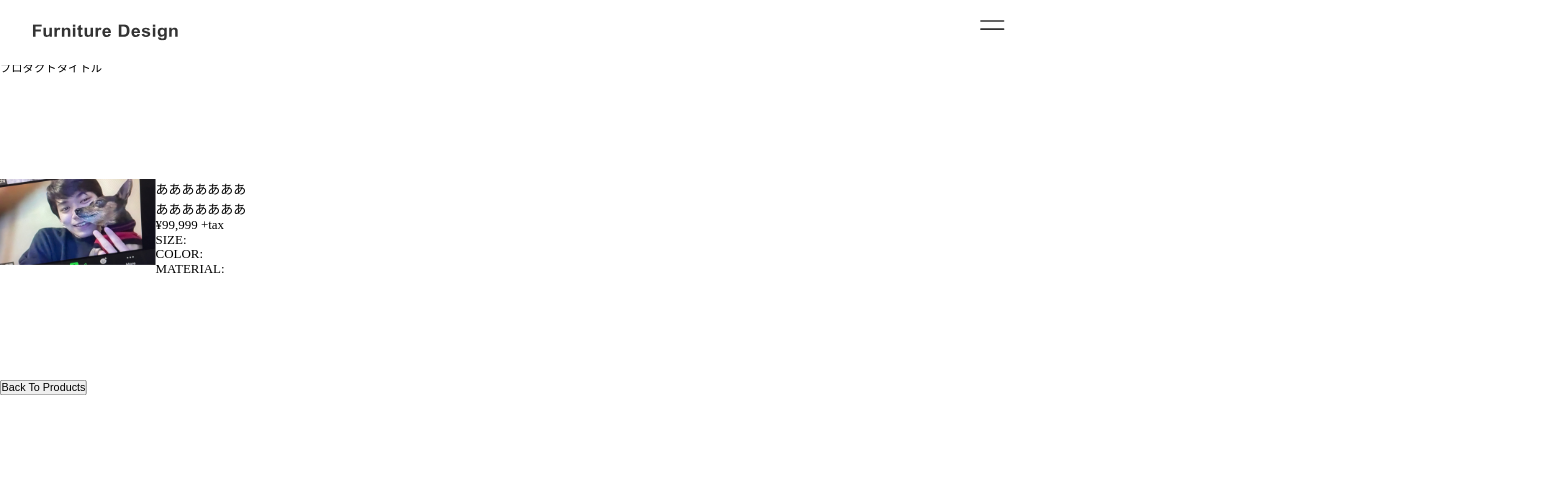
Repository: kohei23n/tenfeet
Page: menbers2/index.html
The author's editor kept a copy of each file at every save. The page is drawn from the files as they stood at one save, then again after the next save.
The browser window is 1280 px wide. The page is 1920 px wide, so the pictures cover 1920 px, including what lies to the right of the window. The pictures show the whole page, at 81% of full size.

Above is the page before, as saved 2022-02-08 21:48:36.

### menbers2/index.html
<!DOCTYPE html>
<html lang="en">

<head>
    <meta charset="UTF-8" />
    <meta http-equiv="X-UA-Compatible" content="IE=edge" />
    <meta name="viewport" content="width=device-width, initial-scale=1.0" />
    <link rel="stylesheet" href="../reset.css">
    <link rel="stylesheet" href="menbers2.css" />
    <title>Document</title>
</head>

<body>
    <header id="header" class="wrapper open">
        <h1 class="title">
            <a href="index.html">
                <img src="..\img\logo.svg" alt="Furniture Design" />
            </a>
        </h1>
        <nav id="nav">
            <ul class="nav_menu" style="display: none">
                <li><a href="">PRODUCTS</a></li>
                <li><a href="">ABOUT</a></li>
                <li><a href="">COMPANY</a></li>
                <li><a href="">CONTACT</a></li>
            </ul>
        </nav>
        <div class="button">
            <span></span>
            <span></span>
        </div>
    </header>




    <div id="content2"></div>
    <script src="menbers2.js"></script>
</body>

</html>

### reset.css
html, body, div, span, applet, object, iframe,
h1, h2, h3, h4, h5, h6, p, blockquote, pre,
a, abbr, acronym, address, big, cite, code,
del, dfn, em, img, ins, kbd, q, s, samp,
small, strike, strong, sub, sup, tt, var,
b, u, i, center,
dl, dt, dd, ol, ul, li,
fieldset, form, label, legend,
table, caption, tbody, tfoot, thead, tr, th, td,
article, aside, canvas, details, embed,
figure, figcaption, footer, header, hgroup,
menu, nav, output, ruby, section, summary,
time, mark, audio, video {
    margin: 0;
    padding: 0;
    border: 0;
    font-size: 100%;
    font: inherit;
    vertical-align: baseline;
}
/* HTML5 display-role reset for older browsers */
article, aside, details, figcaption, figure,
footer, header, hgroup, menu, nav, section {
    display: block;
}
body {
    /* line-height: 1; */
}
ol, ul {
    list-style: none;
}
blockquote, q {
    quotes: none;
}
blockquote:before, blockquote:after,
q:before, q:after {
    content: '';
    content: none;
}
table {
    border-collapse: collapse;
    border-spacing: 0;
}

### menbers2/menbers2.css
* {
  margin: 0;
  padding: 0;
}

body{
    padding: 5% 0;
}

#header {
  width: 100%;
  height: 80px;
  background-color: #fff;
  display: flex;
  align-items: center;
  justify-content: space-between;
  position: fixed;
  left: 0;
  right: 0;
  top: 0;
  z-index: 10;
}

.wrapper {
  max-width: 1360px;
  padding: 0 40px;
  box-sizing: border-box;
}

h1 {
  display: block;
  font-size: 2em;
  margin-block-start: 0.67em;
  margin-block-end: 0.67em;
  margin-inline-start: 0px;
  margin-inline-end: 0px;
  font-weight: bold;
}

.title a {
  width: 180px;
  line-height: 1px;
  display: block;
}

img {
  max-width: 100%;
}

.open #nav {
  left: 0;
  opacity: 1;
}

/* #nav {
  position: fixed;
  top: 0;
  width: 300px;
  color: #fff;
  padding: 36px 50px;
  transition: all 0.5s;
  z-index: 20;
}

#nav li {
  margin-bottom: 14px;
  list-style: none;
}

#nav a {
  color: #fff;
  text-decoration: none;
  transition: all 0.5s;
} */

.button {
  width: 30px;
  height: 30px;
  position: relative;
  transition: all 0.5s;
  cursor: pointer;
  z-index: 20;
}

.button span:nth-child(1) {
  top: 10px;
}

.button span {
  display: block;
  position: absolute;
  width: 30px;
  height: 2px;
  background-color: #333;
  border-radius: 4px;
  transition: all 0.5s;
}

.member_name{
    font-size: 14px;
    font-weight: 100;
}



.member{
    /* display: block;
    margin-top: 10%; */
}

.member_img{
    width: 10%;
    height: 30%;
}

.section_member{
    margin: 10% 0;
    width: 150%;
    display: flex;
}

### menbers2/menbers2.js
let content = `<h1 class="member_name">プロダクトタイトル</h1>
<section class="section_member">
<img src="../img/9.jpg" alt="" class="member_img">
<div class="member_content">
        <p>あああああああ</p>
        <p>あああああああ</p>
        <p>¥99,999 +tax</p>
        <p>SIZE: </p>
        <p>COLOR: </p>
        <p>MATERIAL:</p>
</div>
</section>
<button class="page_back">Back To Products</button>
`

let content2 = document.getElementById("content2");
content2.insertAdjacentHTML("beforebegin", content);

After the next save:
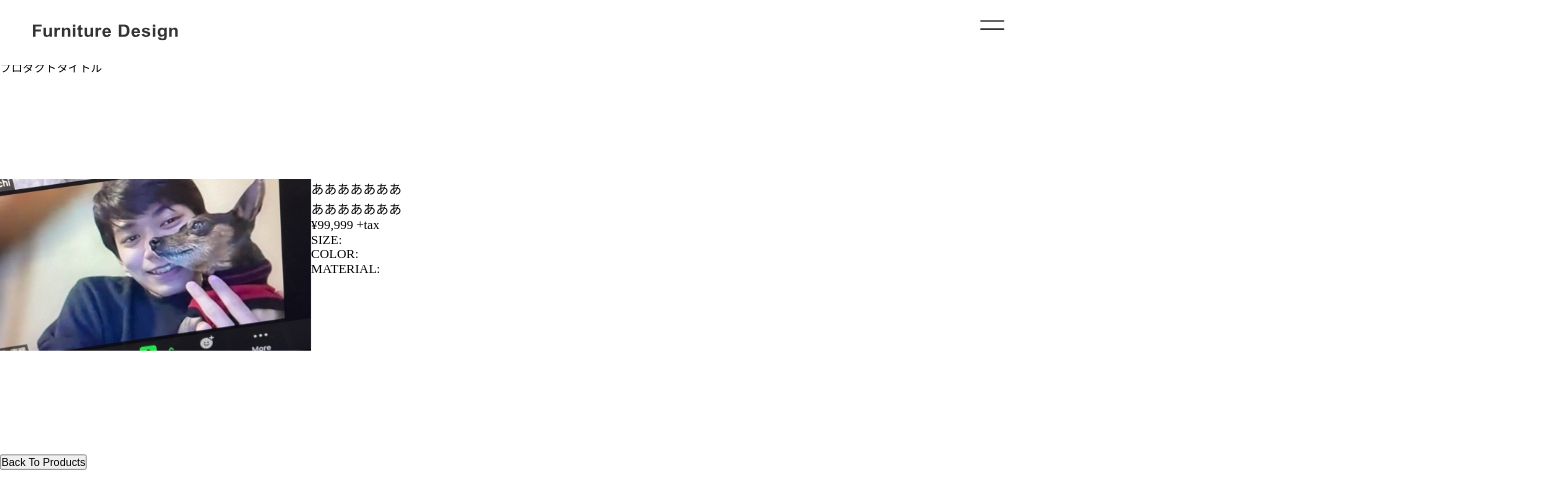
Saved 5 s later.
--- a/menbers2/menbers2.css
+++ b/menbers2/menbers2.css
@@ -109,7 +109,7 @@ img {
 }
 
 .member_img{
-    width: 10%;
+    width: 20%;
     height: 30%;
 }
 
